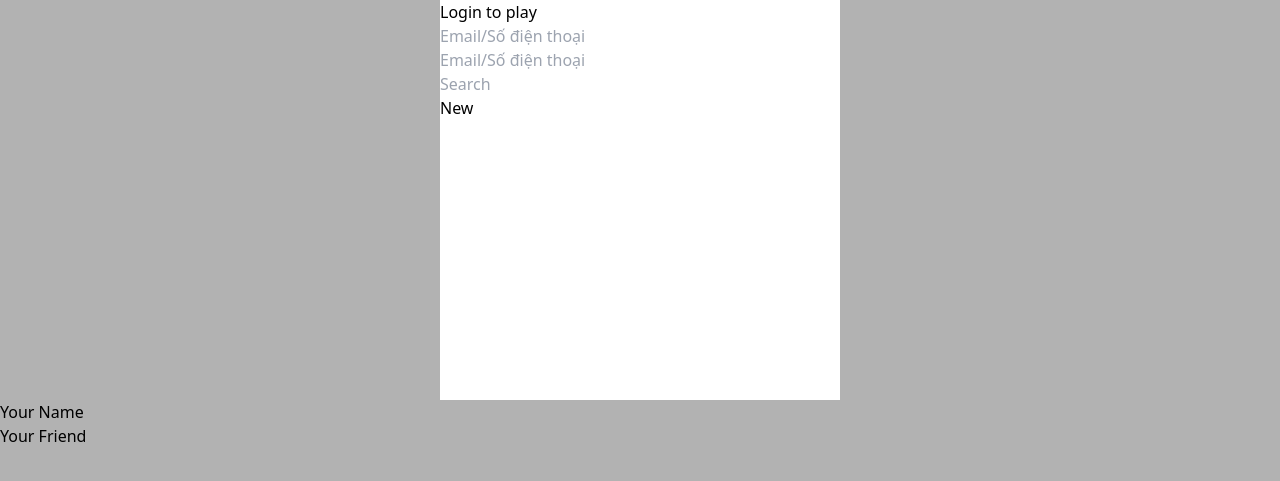
Repository: Teddy1705/demo_pj
Page: /
These files come from the project's save history. The page is drawn as it stood at one moment and after the next save; the edit follows.
The browser window is 1280 px wide. The pictures show the whole page.
The project was rebuilt for these pictures with package versions that can differ from the ones it lists, and the page was loaded fresh each time. Also part of the build but not shown: vite.config.js.

Above is the page before, as saved 2024-04-16 09:21:54.

### index.html
<!DOCTYPE html>
<html lang="en">
  <head>
    <meta charset="UTF-8" />
    <link rel="icon" type="image/svg+xml" href="/vite.svg" />
    <meta name="viewport" content="width=device-width, initial-scale=1.0" />
    <title>Tic Tac Toe</title>
    <link rel="stylesheet" href="./src/index.css" />
  </head>
  <body>
    <div id="root"></div>
    <script type="module" src="/src/main.jsx"></script>
  </body>
</html>

### src/index.css
:root {
  --white-color: #fff;
  --black-color: #000;
}

/*
1. Prevent padding and border from affecting element width. (https://github.com/mozdevs/cssremedy/issues/4)
2. Allow adding a border to an element by just adding a border-width. (https://github.com/tailwindcss/tailwindcss/pull/116)
*/

*,
::before,
::after {
  box-sizing: border-box;
  /* 1 */
  border-width: 0;
  /* 2 */
  border-style: solid;
  /* 2 */
  border-color: #e5e7eb;
  /* 2 */
}

::before,
::after {
  --tw-content: "";
}

/*
1. Use a consistent sensible line-height in all browsers.
2. Prevent adjustments of font size after orientation changes in iOS.
3. Use a more readable tab size.
4. Use the user's configured `sans` font-family by default.
5. Use the user's configured `sans` font-feature-settings by default.
6. Use the user's configured `sans` font-variation-settings by default.
7. Disable tap highlights on iOS
*/

html,
:host {
  line-height: 1.5;
  /* 1 */
  -webkit-text-size-adjust: 100%;
  /* 2 */
  -moz-tab-size: 4;
  /* 3 */
  -o-tab-size: 4;
  tab-size: 4;
  /* 3 */
  font-family: ui-sans-serif, system-ui, sans-serif, "Apple Color Emoji",
    "Segoe UI Emoji", "Segoe UI Symbol", "Noto Color Emoji";
  /* 4 */
  font-feature-settings: normal;
  /* 5 */
  font-variation-settings: normal;
  /* 6 */
  -webkit-tap-highlight-color: transparent;
  /* 7 */
}

/*
1. Remove the margin in all browsers.
2. Inherit line-height from `html` so users can set them as a class directly on the `html` element.
*/

body {
  margin: 0;
  /* 1 */
  line-height: inherit;
  /* 2 */
}

/*
1. Add the correct height in Firefox.
2. Correct the inheritance of border color in Firefox. (https://bugzilla.mozilla.org/show_bug.cgi?id=190655)
3. Ensure horizontal rules are visible by default.
*/

hr {
  height: 0;
  /* 1 */
  color: inherit;
  /* 2 */
  border-top-width: 1px;
  /* 3 */
}

/*
Add the correct text decoration in Chrome, Edge, and Safari.
*/

abbr:where([title]) {
  -webkit-text-decoration: underline dotted;
  text-decoration: underline dotted;
}

/*
Remove the default font size and weight for headings.
*/

h1,
h2,
h3,
h4,
h5,
h6 {
  font-size: inherit;
  font-weight: inherit;
}

/*
Reset links to optimize for opt-in styling instead of opt-out.
*/

a {
  color: inherit;
  text-decoration: inherit;
}

/*
Add the correct font weight in Edge and Safari.
*/

b,
strong {
  font-weight: bolder;
}

/*
1. Use the user's configured `mono` font-family by default.
2. Use the user's configured `mono` font-feature-settings by default.
3. Use the user's configured `mono` font-variation-settings by default.
4. Correct the odd `em` font sizing in all browsers.
*/

code,
kbd,
samp,
pre {
  font-family: ui-monospace, SFMono-Regular, Menlo, Monaco, Consolas,
    "Liberation Mono", "Courier New", monospace;
  /* 1 */
  font-feature-settings: normal;
  /* 2 */
  font-variation-settings: normal;
  /* 3 */
  font-size: 1em;
  /* 4 */
}

/*
Add the correct font size in all browsers.
*/

small {
  font-size: 80%;
}

/*
Prevent `sub` and `sup` elements from affecting the line height in all browsers.
*/

sub,
sup {
  font-size: 75%;
  line-height: 0;
  position: relative;
  vertical-align: baseline;
}

sub {
  bottom: -0.25em;
}

sup {
  top: -0.5em;
}

/*
1. Remove text indentation from table contents in Chrome and Safari. (https://bugs.chromium.org/p/chromium/issues/detail?id=999088, https://bugs.webkit.org/show_bug.cgi?id=201297)
2. Correct table border color inheritance in all Chrome and Safari. (https://bugs.chromium.org/p/chromium/issues/detail?id=935729, https://bugs.webkit.org/show_bug.cgi?id=195016)
3. Remove gaps between table borders by default.
*/

table {
  text-indent: 0;
  /* 1 */
  border-color: inherit;
  /* 2 */
  border-collapse: collapse;
  /* 3 */
}

/*
1. Change the font styles in all browsers.
2. Remove the margin in Firefox and Safari.
3. Remove default padding in all browsers.
*/

button,
input,
optgroup,
select,
textarea {
  font-family: inherit;
  /* 1 */
  font-feature-settings: inherit;
  /* 1 */
  font-variation-settings: inherit;
  /* 1 */
  font-size: 100%;
  /* 1 */
  font-weight: inherit;
  /* 1 */
  line-height: inherit;
  /* 1 */
  letter-spacing: inherit;
  /* 1 */
  color: inherit;
  /* 1 */
  margin: 0;
  /* 2 */
  padding: 0;
  /* 3 */
}

/*
Remove the inheritance of text transform in Edge and Firefox.
*/

button,
select {
  text-transform: none;
}

/*
1. Correct the inability to style clickable types in iOS and Safari.
2. Remove default button styles.
*/

button,
input:where([type="button"]),
input:where([type="reset"]),
input:where([type="submit"]) {
  -webkit-appearance: button;
  /* 1 */
  background-color: transparent;
  /* 2 */
  background-image: none;
  /* 2 */
}

/*
Use the modern Firefox focus style for all focusable elements.
*/

:-moz-focusring {
  outline: auto;
}

/*
Remove the additional `:invalid` styles in Firefox. (https://github.com/mozilla/gecko-dev/blob/2f9eacd9d3d995c937b4251a5557d95d494c9be1/layout/style/res/forms.css#L728-L737)
*/

:-moz-ui-invalid {
  box-shadow: none;
}

/*
Add the correct vertical alignment in Chrome and Firefox.
*/

progress {
  vertical-align: baseline;
}

/*
Correct the cursor style of increment and decrement buttons in Safari.
*/

::-webkit-inner-spin-button,
::-webkit-outer-spin-button {
  height: auto;
}

/*
1. Correct the odd appearance in Chrome and Safari.
2. Correct the outline style in Safari.
*/

[type="search"] {
  -webkit-appearance: textfield;
  /* 1 */
  outline-offset: -2px;
  /* 2 */
}

/*
Remove the inner padding in Chrome and Safari on macOS.
*/

::-webkit-search-decoration {
  -webkit-appearance: none;
}

/*
1. Correct the inability to style clickable types in iOS and Safari.
2. Change font properties to `inherit` in Safari.
*/

::-webkit-file-upload-button {
  -webkit-appearance: button;
  /* 1 */
  font: inherit;
  /* 2 */
}

/*
Add the correct display in Chrome and Safari.
*/

summary {
  display: list-item;
}

/*
Removes the default spacing and border for appropriate elements.
*/

blockquote,
dl,
dd,
h1,
h2,
h3,
h4,
h5,
h6,
hr,
figure,
p,
pre {
  margin: 0;
}

fieldset {
  margin: 0;
  padding: 0;
}

legend {
  padding: 0;
}

ol,
ul,
menu {
  list-style: none;
  margin: 0;
  padding: 0;
}

/*
Reset default styling for dialogs.
*/

dialog {
  padding: 0;
}

/*
Prevent resizing textareas horizontally by default.
*/

textarea {
  resize: vertical;
}

/*
1. Reset the default placeholder opacity in Firefox. (https://github.com/tailwindlabs/tailwindcss/issues/3300)
2. Set the default placeholder color to the user's configured gray 400 color.
*/

input::-moz-placeholder,
textarea::-moz-placeholder {
  opacity: 1;
  /* 1 */
  color: #9ca3af;
  /* 2 */
}

input::placeholder,
textarea::placeholder {
  opacity: 1;
  /* 1 */
  color: #9ca3af;
  /* 2 */
}

/*
Set the default cursor for buttons.
*/

button,
[role="button"] {
  cursor: pointer;
}

/*
Make sure disabled buttons don't get the pointer cursor.
*/

:disabled {
  cursor: default;
}

/*
1. Make replaced elements `display: block` by default. (https://github.com/mozdevs/cssremedy/issues/14)
2. Add `vertical-align: middle` to align replaced elements more sensibly by default. (https://github.com/jensimmons/cssremedy/issues/14#issuecomment-634934210)
   This can trigger a poorly considered lint error in some tools but is included by design.
*/

img,
svg,
video,
canvas,
audio,
iframe,
embed,
object {
  display: block;
  /* 1 */
  vertical-align: middle;
  /* 2 */
}

/*
Constrain images and videos to the parent width and preserve their intrinsic aspect ratio. (https://github.com/mozdevs/cssremedy/issues/14)
*/

img,
video {
  max-width: 100%;
  height: auto;
}

/* Make elements with the HTML hidden attribute stay hidden by default */

[hidden] {
  display: none;
}

*,
::before,
::after {
  --tw-border-spacing-x: 0;
  --tw-border-spacing-y: 0;
  --tw-translate-x: 0;
  --tw-translate-y: 0;
  --tw-rotate: 0;
  --tw-skew-x: 0;
  --tw-skew-y: 0;
  --tw-scale-x: 1;
  --tw-scale-y: 1;
  --tw-pan-x: ;
  --tw-pan-y: ;
  --tw-pinch-zoom: ;
  --tw-scroll-snap-strictness: proximity;
  --tw-gradient-from-position: ;
  --tw-gradient-via-position: ;
  --tw-gradient-to-position: ;
  --tw-ordinal: ;
  --tw-slashed-zero: ;
  --tw-numeric-figure: ;
  --tw-numeric-spacing: ;
  --tw-numeric-fraction: ;
  --tw-ring-inset: ;
  --tw-ring-offset-width: 0px;
  --tw-ring-offset-color: #fff;
  --tw-ring-color: rgb(59 130 246 / 0.5);
  --tw-ring-offset-shadow: 0 0 #0000;
  --tw-ring-shadow: 0 0 #0000;
  --tw-shadow: 0 0 #0000;
  --tw-shadow-colored: 0 0 #0000;
  --tw-blur: ;
  --tw-brightness: ;
  --tw-contrast: ;
  --tw-grayscale: ;
  --tw-hue-rotate: ;
  --tw-invert: ;
  --tw-saturate: ;
  --tw-sepia: ;
  --tw-drop-shadow: ;
  --tw-backdrop-blur: ;
  --tw-backdrop-brightness: ;
  --tw-backdrop-contrast: ;
  --tw-backdrop-grayscale: ;
  --tw-backdrop-hue-rotate: ;
  --tw-backdrop-invert: ;
  --tw-backdrop-opacity: ;
  --tw-backdrop-saturate: ;
  --tw-backdrop-sepia: ;
  --tw-contain-size: ;
  --tw-contain-layout: ;
  --tw-contain-paint: ;
  --tw-contain-style: ;
}

::backdrop {
  --tw-border-spacing-x: 0;
  --tw-border-spacing-y: 0;
  --tw-translate-x: 0;
  --tw-translate-y: 0;
  --tw-rotate: 0;
  --tw-skew-x: 0;
  --tw-skew-y: 0;
  --tw-scale-x: 1;
  --tw-scale-y: 1;
  --tw-pan-x: ;
  --tw-pan-y: ;
  --tw-pinch-zoom: ;
  --tw-scroll-snap-strictness: proximity;
  --tw-gradient-from-position: ;
  --tw-gradient-via-position: ;
  --tw-gradient-to-position: ;
  --tw-ordinal: ;
  --tw-slashed-zero: ;
  --tw-numeric-figure: ;
  --tw-numeric-spacing: ;
  --tw-numeric-fraction: ;
  --tw-ring-inset: ;
  --tw-ring-offset-width: 0px;
  --tw-ring-offset-color: #fff;
  --tw-ring-color: rgb(59 130 246 / 0.5);
  --tw-ring-offset-shadow: 0 0 #0000;
  --tw-ring-shadow: 0 0 #0000;
  --tw-shadow: 0 0 #0000;
  --tw-shadow-colored: 0 0 #0000;
  --tw-blur: ;
  --tw-brightness: ;
  --tw-contrast: ;
  --tw-grayscale: ;
  --tw-hue-rotate: ;
  --tw-invert: ;
  --tw-saturate: ;
  --tw-sepia: ;
  --tw-drop-shadow: ;
  --tw-backdrop-blur: ;
  --tw-backdrop-brightness: ;
  --tw-backdrop-contrast: ;
  --tw-backdrop-grayscale: ;
  --tw-backdrop-hue-rotate: ;
  --tw-backdrop-invert: ;
  --tw-backdrop-opacity: ;
  --tw-backdrop-saturate: ;
  --tw-backdrop-sepia: ;
  --tw-contain-size: ;
  --tw-contain-layout: ;
  --tw-contain-paint: ;
  --tw-contain-style: ;
}

#modal {
  position: fixed;
  top: 0;
  right: 0;
  bottom: 0;
  left: 0;
}

#modal .modal__overlay {
  position: absolute;
  width: 100%;
  height: 100%;
  background-color: rgba(0, 0, 0, 0.3);
}

#modal .modal__body {
  position: relative;
  background-color: var(--white-color);
  margin: auto;
  width: 400px;
  height: 400px;
}

### src/main.jsx
import React from "react";
import ReactDOM from "react-dom/client";
import App from "./App.jsx";
import { createBrowserRouter, RouterProvider } from "react-router-dom";
import Root from "./routes/root";
import "./index.css";

const router = createBrowserRouter([
  {
    path: "/",
    element: <Root />,
  },
]);

ReactDOM.createRoot(document.getElementById("root")).render(
  <React.StrictMode>
    <RouterProvider router={router} />
    <App />
  </React.StrictMode>
);

### src/routes/root.jsx
export default function Root() {
  return (
    <>
      <div id="modal">
        <div className="modal__overlay"></div>
        <div className="modal__body">
          <div className="auth-form">
            <div className="auth-form__container">
              <div className="auth-form__header">
                <h2 className="auth-form__heading">Login to play</h2>
              </div>
              <div className="auth-form__info">
                <div className="auth-form__info-details">
                  <input
                    type="text"
                    className="auth-form__info-input"
                    placeholder="Email/Số điện thoại"
                  />
                </div>
                <div className="auth-form__info-details">
                  <input
                    type="password"
                    className="auth-form__info-input"
                    placeholder="Email/Số điện thoại"
                  />
                </div>
              </div>
            </div>
          </div>
          <form id="search-form" role="search">
            <input
              id="q"
              aria-label="Search contacts"
              placeholder="Search"
              type="search"
              name="q"
            />
            <div id="search-spinner" aria-hidden hidden={true} />
            <div className="sr-only" aria-live="polite"></div>
          </form>
          <form method="post">
            <button type="submit">New</button>
          </form>
        </div>
        <nav>
          <ul>
            <li>
              <a
                href={`https://codesandbox.io/s/q2z497?file=%2Fsrc%2FApp.js&utm_medium=sandpack`}
              >
                Your Name
              </a>
            </li>
            <li>
              <a href={`/contacts/2`}>Your Friend</a>
            </li>
          </ul>
        </nav>
      </div>
      <div id="detail"></div>
    </>
  );
}

Loaded but not shown: src/App.jsx (common file)

After the next save:
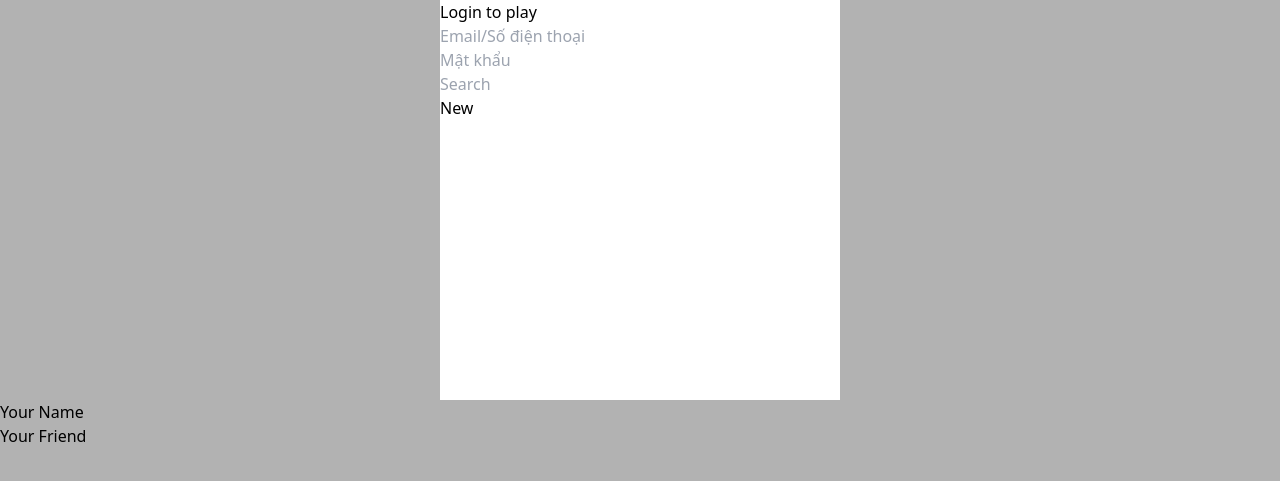
Saved 11 s later.
--- a/src/routes/root.jsx
+++ b/src/routes/root.jsx
@@ -21,7 +21,7 @@ export default function Root() {
                   <input
                     type="password"
                     className="auth-form__info-input"
-                    placeholder="Email/Số điện thoại"
+                    placeholder="Mật khẩu"
                   />
                 </div>
               </div>
